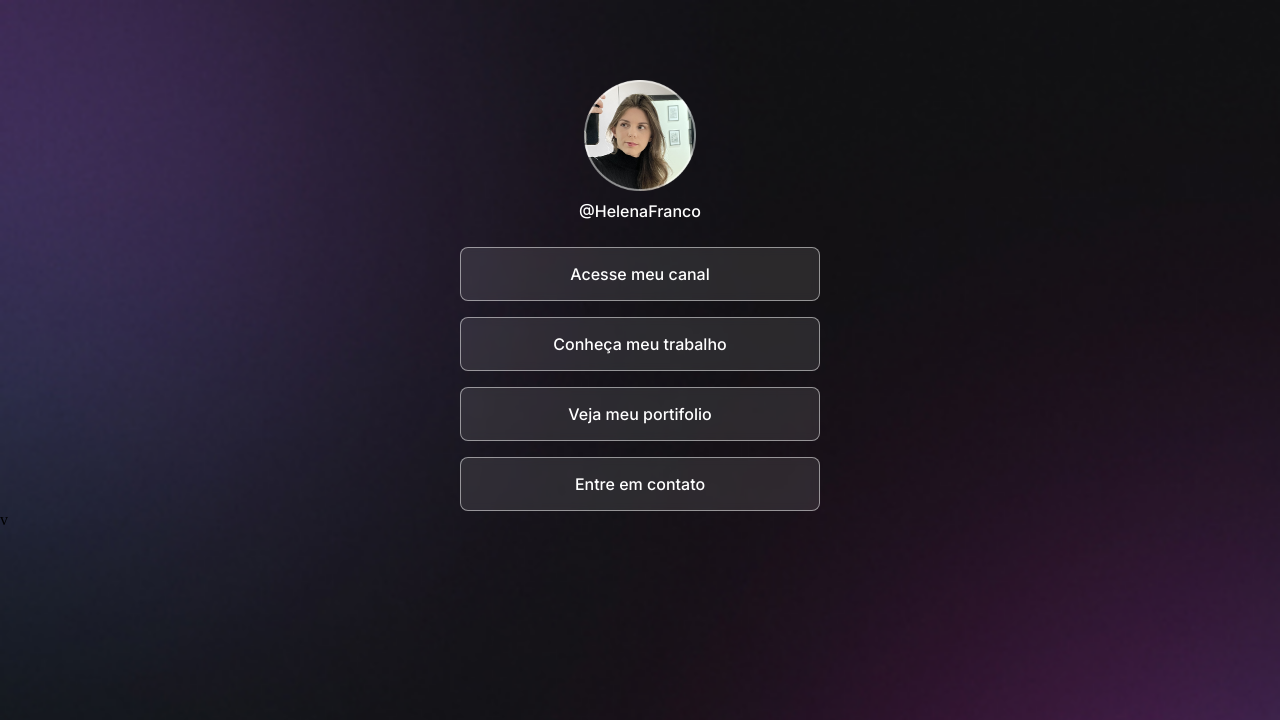
Repository: Fr4nc021/Pagina-de-links-
Page: index.html
The author's editor kept a copy of each file at every save. The page is drawn from the files as they stood at one save, then again after the next save.
The browser window is 1280 px wide. The pictures show the whole page.

Above is the page before, as saved 2025-02-10 20:44:24.

After the next save:
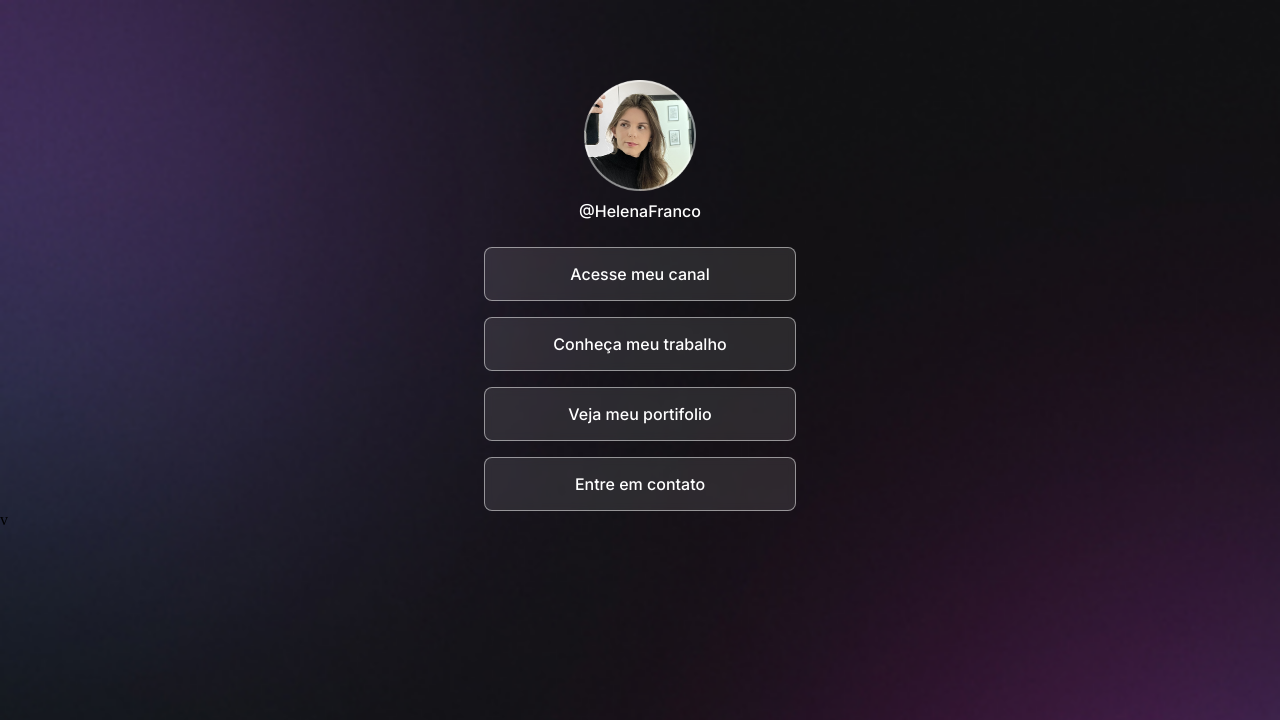
Saved 4 min 37 s later.
--- a/style.css
+++ b/style.css
@@ -17,6 +17,7 @@ body * {
 #container {
     width: 360px;
     margin: 56px auto 0px;
+    padding: 0 24px;
 }
 
 #profile img {
